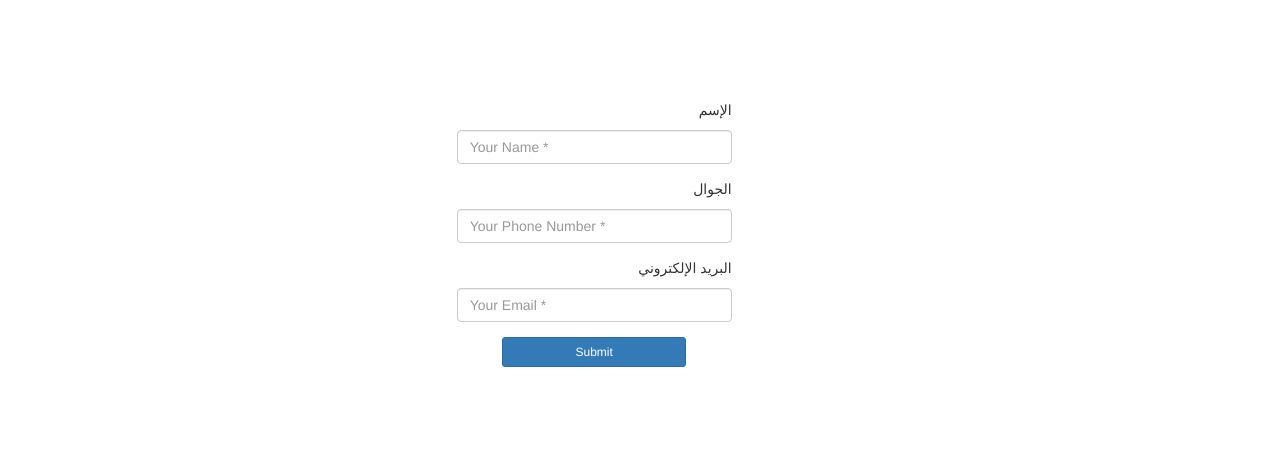
Repository: Abdaljawad-Aya/Itbeep-task
Page: http://localhost/form-user
The author's editor kept a copy of each file at every save. The page is drawn from the files as they stood at one save, then again after the next save.
The browser window is 1280 px wide. The pictures show the whole page.
The page is served by the project's Laravel application, run on PHP 8.4 with Laravel 8. Other server files are loaded and not shown.

Above is the page before, as saved 2021-03-07 21:21:39.
Console error: TypeError: $(...).validate is not a function

### singlePageApp/routes/web.php
<?php

use Illuminate\Support\Facades\Route;

/*
|--------------------------------------------------------------------------
| Web Routes
|--------------------------------------------------------------------------
|
| Here is where you can register web routes for your application. These
| routes are loaded by the RouteServiceProvider within a group which
| contains the "web" middleware group. Now create something great!
|
*/

Route::get('/', function () {
    return view('welcome');
});

Route::get('form-user', 'formController@form');
Route::post('form-user', ['as' => 'users.store', 'uses' => 'formController@formSaveData']);

### singlePageApp/app/Http/Controllers/formController.php
<?php

namespace App\Http\Controllers;

use Illuminate\Support\Facades\Mail;

use Illuminate\Http\Request;
use App\Mail\formUser;
use App\form;

class formController extends Controller
{
    /**
     * Show the application
     *
     * @return \Illuminatey\Http\Response
     */

    public function form()
    {
        return view('form-user');
    }

    /**
     * Show the application
     *
     * @return \Illuminatey\Http\Response
     */

    public function formSaveData(Request $request)

    {
        $this->validate($request, [
            'name'   => 'required',
            'email'  => 'required|email',
            'mobile' => 'required',
        ]);

        form::create($request->all());
        Mail::send(
            'form-user',
            array(
                'name'   => $request->get('name'),
                'mobile' => $request->get('mobile'),
                'email'  => $request->get('email'),
            ),
            function ($message) use ($request) {
                $message->from('abdaljawad.ayah94@gmail.com');
                $message->to($request->email, 'Admin')->subject($request->get('subject'));
            }
        );
        return back()->with('success', 'Thanks for contact us!');
    }
}

### singlePageApp/resources/views/form-user.blade.php
<!DOCTYPE html>
<html lang="en">
<head>
    <meta charset="UTF-8">
    <meta name="viewport" content="width=device-width, initial-scale=1.0">
    <meta http-equiv="X-UA-Compatible" content="ie=edge">
    <meta name="csrf-token" content="{{ csrf_token() }}">
    <link rel="stylesheet" href="https://maxcdn.bootstrapcdn.com/bootstrap/3.4.1/css/bootstrap.min.css">

    <script src="https://ajax.googleapis.com/ajax/libs/jquery/3.5.1/jquery.min.js"></script>
    <script src="https://maxcdn.bootstrapcdn.com/bootstrap/3.4.1/js/bootstrap.min.js"></script>
    <link rel="stylesheet" href="../views/css/style.css">
    <title>Form</title>
</head>
<body>
   <div class="container contact-form col-lg-6 col-md-offset-4" style="margin-top:100px;">
     @if (session('status'))
       <div class="alert alert-success">
           {{ session('status')}}
       </div>
    @endif
    @if (session('warning'))
    <div class="alert alert-warning">
        {{session('warning')}}
    </div>
    @endif

    <form id="user-field" method="POST" action ="{{ route('users.store')}} " >
     {{-- {{ csrf_field()}} --}}
     @csrf
     <div class="col-md-6">

        {{-- NAME --}}
        <div class="form-group {{ $errors->has('name') ? ' has-error' : '' }}">
                <p style="text-align: right">الإسم</p>
            <input type="text" name="name" class="form-control" placeholder="Your Name *" required/>
             @if ($errors->has('name'))
                 <span class="help-block">
                     <strong>
                         {{ $errors->first('name')}}
                     </strong>
                 </span>
             @endif
         </div>


        {{-- MOBILE --}}

        <div class="form-group" {{$errors->has('mobile') ? 'has-error' : ''}}>
            <p style="text-align: right">الجوال</p>
         <input type="text" name="mobile" class="form-control" placeholder="Your Phone Number *"maxlength="10" required />

         @if ($errors->has('mobile'))
             <span class="help-block">
                 <strong>
                     {{ $errors->first('mobile')}}
                 </strong>
             </span>

             @elseif ($errors->has('mobile'))
             <div class="alert alert-success d-none" id="msg_div">
                <span id="res_message">hello</span>
            </div>


         @endif
        </div>

         {{-- EMAIL --}}
         <div class="form-group" {{$errors->has('email') ? 'has-error' : ''}}>
             <p style="text-align: right">البريد الإلكتروني</p>
          <input type="email" name="email" class="form-control" placeholder="Your Email *" required />

            @if ($errors->has('email'))
            <span class="help-block">
                <strong>
                    {{ $errors->first('email')}}
                </strong>
            </span>
            @endif
        </div>

        <div class="form-group">

            <button type="button" name="btnSubmit" class="btn btn-primary btn-square btn-sm col-lg-8 col-md-offset-2" > Submit </button>
            {{-- name="btnSubmit" / this is after the class ==> data-toggle="modal" data-target="#exampleModal" data-whatever="@getbootstrap"   this is inside the button if i want to added it --}}
        </div>
     </div>


     {{-- Popup Start --}}
    <div class="modal fade" id="exampleModal" tabindex="-1" role="dialog" aria-labelledby="exampleModalLabel" aria-hidden="true">
    <div class="modal-dialog" role="document">
        <div class="modal-content">
        <div class="modal-header">
            {{-- <h5 class="modal-title" id="exampleModalLabel">New message</h5> --}}
            <button type="button" class="close" data-dismiss="modal" aria-label="Close">
            <span aria-hidden="true">&times;</span>
            </button>
        </div>
        <div class="modal-body">
            <form>
            <div class="form-group ">
                <p style="text-align: center" >إختر عرض من العروض الاتيه</p>
                <button type="button" style=" background-color:rgb(95, 51, 95); color:#FFF;" class=" btn-square btn-sm col-lg-2 col-md-offset-2"> عرض3</button>


                <button type="button" style=" background-color:rgb(95, 51, 95); color:#FFF;"class="btn-square btn-sm col-lg-2 col-md-offset-1"> عرض2</button>


                <button type="button" style=" background-color:rgb(95, 51, 95); color:#FFF;"class="btn-square btn-sm col-lg-2 col-md-offset-1"> عرض1</button>
                 <br> <br>

                <button type="button"style=" background-color:rgb(95, 51, 95); color:#FFF;" class=" btn-square btn-sm col-lg-8 col-md-offset-2">التالي</button>
                <br> <br>

            </div>
            </form>
        </div>
        <div class="modal-footer">
            <button type="button" class="btn btn-secondary" data-dismiss="modal">إغلاق</button>

        </div>
        </div>
    </div>
</div>
     {{-- Popup End --}}


</form>
</div>


<script>
  if ($("#user-field").length > 0){
      $("#user-field").validate({
          rules: {
          name: {
          required : true,
          maxlength: 20
          },
          mobile: {
              required: true,
              digits  : true,
              minlength: 10,
              maxlength: 12,
          },
          email: {
              required :true,
              maxlength: 50,
              email: true,
          },
          },
          messages: {
              name: {
                  required : "Please enter name",
                  maxlength: "Your last nam maxlength should be 20 characters long."
              },
              mobile: {
                  required : "Please enter contact number",
                  digits   : "Please enter only numbers"  ,
                  minlength: "The contact number should be 10 digits",
                  maxlength: "The contact number should be 20 digits",
              },
              email: {
                  required : "Please enter valid email",
                  email    : "Please enter valid email",
                  maxlength: "The email name should less than or equal to 20 characters",
              },
          },
          submitHandler : function(form) {
          $.ajaxSetup({
              headers: {
                  'X-CSRF-TOKEN' : $('meta[name="csrf-token"]').attr('content')
              }
          });
          $('#send_form').html('Sending..');
          $.ajax({
              url  : 'http://127.0.0.1:8000/form-user',
              type : "POST",
              data : $('#user-field').serialize(),
              success : function(response){
                  $('#send_form').html('submit');
                  $('#res_message').show();
                  $('#res_message').html(response.msg);
                  $('#msg_div')    .removeClass('d-none');
                  document.getElementById("user-field").reset();
                  setTimeout(function(){
                      $('#res_message').hide();
                      $('#msg_div').hide();
                  },10000);
                }
          })
          }
      })
  }
</script>
</body>
</html>

Loaded but not shown: singlePageApp/app/Http/Controllers/Controller.php (common file)

After the next save:
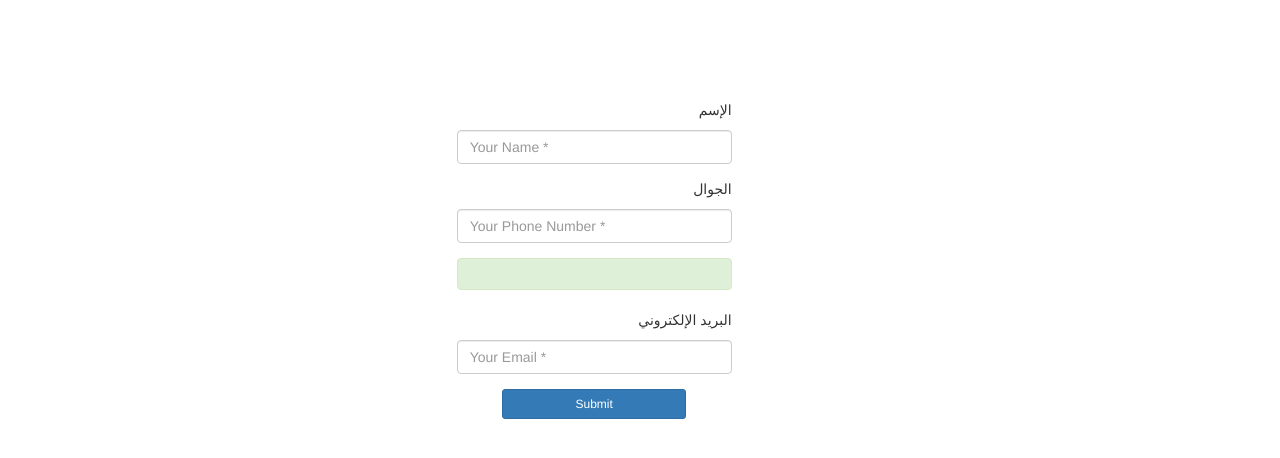
Saved 72 s later.
--- a/singlePageApp/resources/views/form-user.blade.php
+++ b/singlePageApp/resources/views/form-user.blade.php
@@ -48,7 +48,7 @@
 
         <div class="form-group" {{$errors->has('mobile') ? 'has-error' : ''}}>
             <p style="text-align: right">الجوال</p>
-         <input type="text" name="mobile" class="form-control" placeholder="Your Phone Number *"maxlength="10" required />
+         <input type="text" name="mobile" class="form-control" placeholder="Your Phone Number *" required/>
 
          @if ($errors->has('mobile'))
              <span class="help-block">
@@ -56,16 +56,11 @@
                      {{ $errors->first('mobile')}}
                  </strong>
              </span>
-
-             @elseif ($errors->has('mobile'))
-             <div class="alert alert-success d-none" id="msg_div">
-                <span id="res_message">hello</span>
-            </div>
-
-
          @endif
         </div>
-
+        <div class="alert alert-success d-none" id="msg_div">
+            <span id="res_message"></span>
+        </div>
          {{-- EMAIL --}}
          <div class="form-group" {{$errors->has('email') ? 'has-error' : ''}}>
              <p style="text-align: right">البريد الإلكتروني</p>
@@ -82,7 +77,7 @@
 
         <div class="form-group">
 
-            <button type="button" name="btnSubmit" class="btn btn-primary btn-square btn-sm col-lg-8 col-md-offset-2" > Submit </button>
+            <button id="send_form" type="submit" class="btn btn-primary btn-square btn-sm col-lg-8 col-md-offset-2" > Submit </button>
             {{-- name="btnSubmit" / this is after the class ==> data-toggle="modal" data-target="#exampleModal" data-whatever="@getbootstrap"   this is inside the button if i want to added it --}}
         </div>
      </div>
